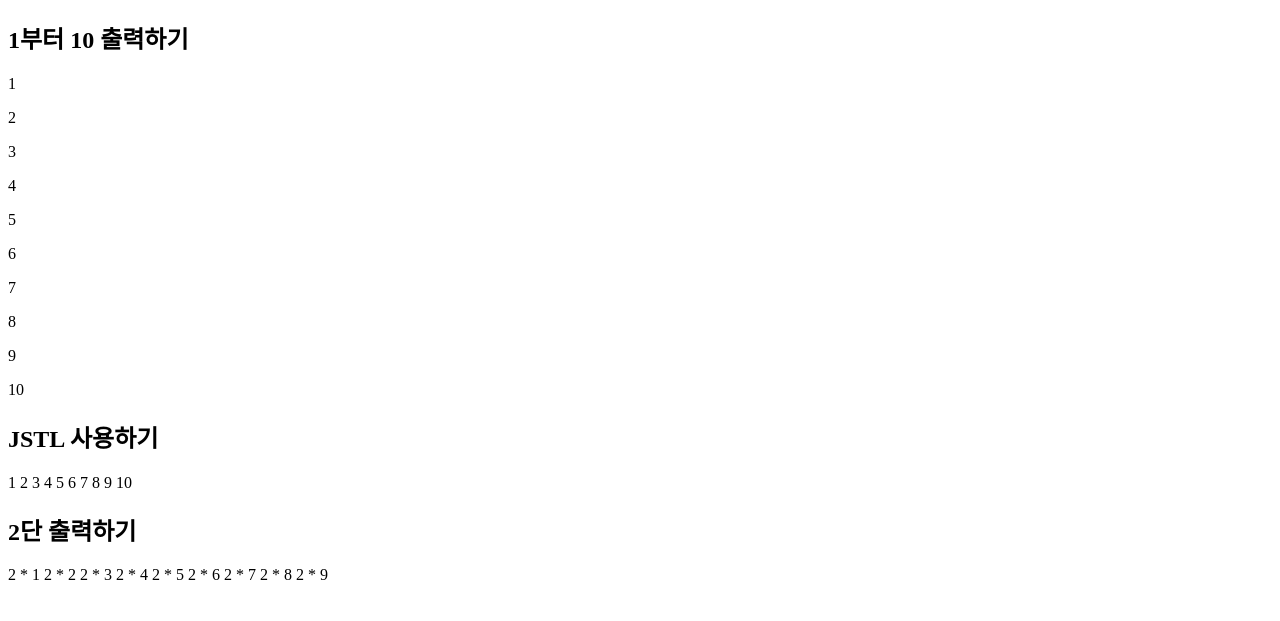
Repository: siwoo1214/acorn_server
Page: http://localhost/day08Prac/ex06
These files come from the project's save history. The page is drawn as it stood at one moment and after a run of saves; the edit follows.
The browser window is 1280 px wide. The pictures show the whole page.
The page is served by Tomcat 9.

Above is the page before, as saved 2025-04-09 07:27:24.

After the next 2 saves:
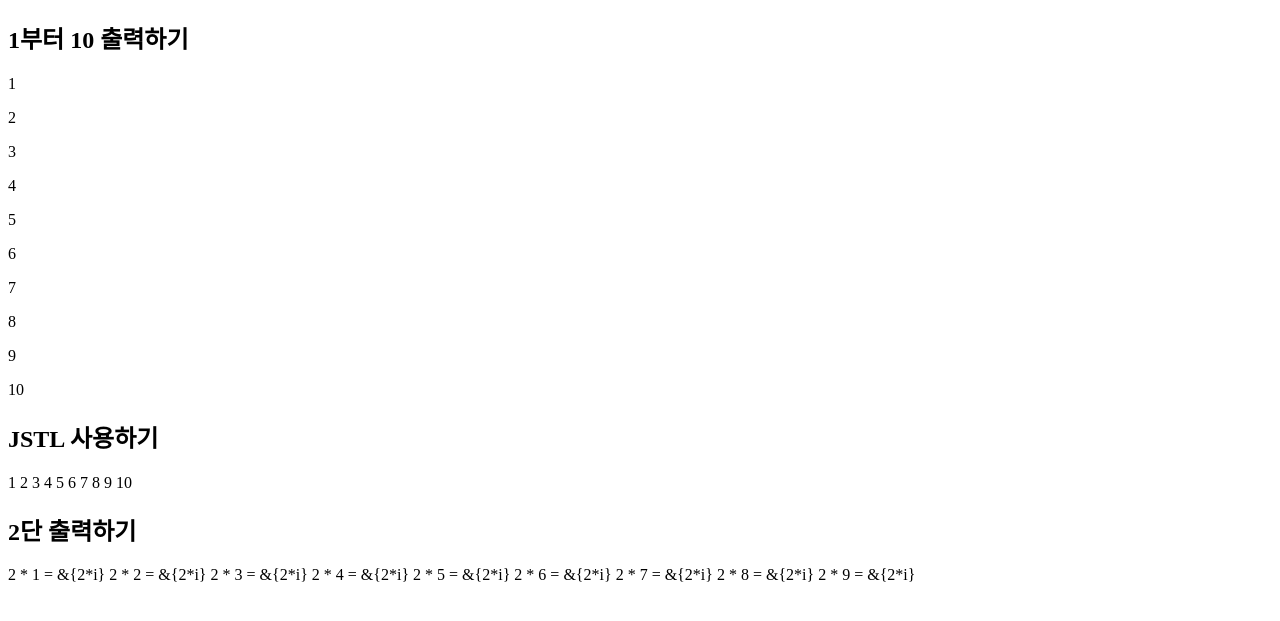
The 2 saves are shown as one change because they came seconds apart.
The last was saved 14 s later.
--- a/day08Prac/src/main/webapp/WEB-INF/views/ex06.jsp
+++ b/day08Prac/src/main/webapp/WEB-INF/views/ex06.jsp
@@ -22,7 +22,7 @@
 
 	<h2>2단 출력하기</h2>
 	<c:forEach var="i" begin="1" end="9">
-		2 * ${i}
+		2 * ${i} = &{2*i}
 	</c:forEach>
 </body>
 </html>
